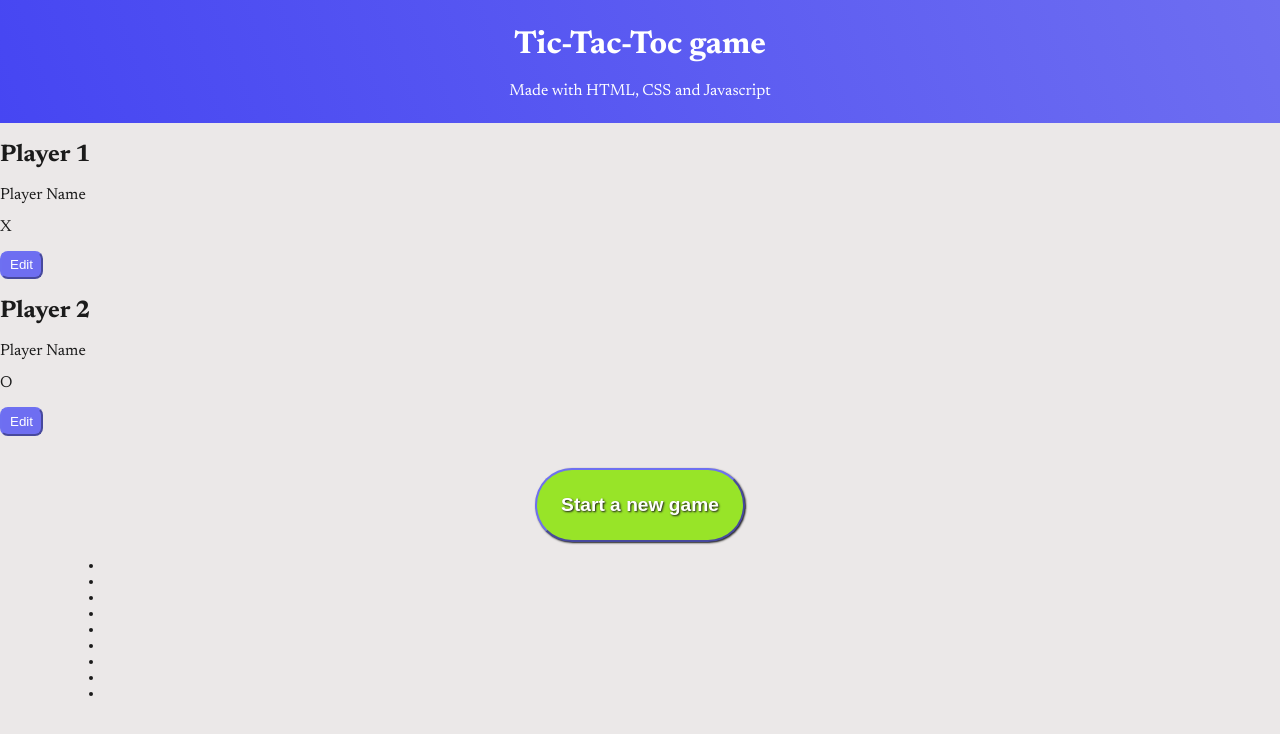
Repository: MicTomm/Tic-tac-toe-game
Page: index.html
These files come from the project's save history. The page is drawn as it stood at one moment and after the next save; the edit follows.
The browser window is 1280 px wide. The pictures show the whole page.
The pointer rests on the first visible `#start-game`.

Above is the page before, as saved 2023-06-23 16:56:36.
Not found: js-code

After the next save:
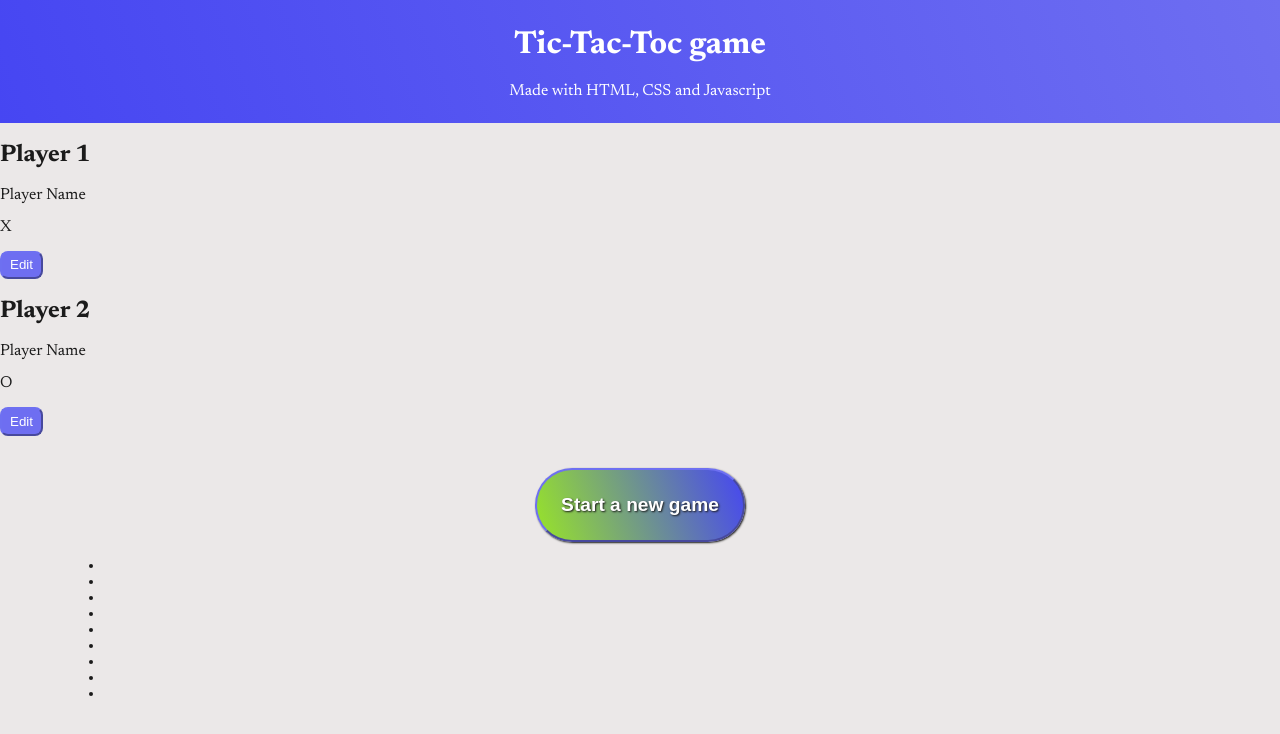
Saved 63 s later.
--- a/styles/game-execution.css
+++ b/styles/game-execution.css
@@ -13,5 +13,5 @@
 }
 
 #start-game:hover{
-    background-color: rgb(152, 228, 40);
+    background: linear-gradient(70deg, rgb(152, 228, 40), rgb(70, 70, 242));
 }
